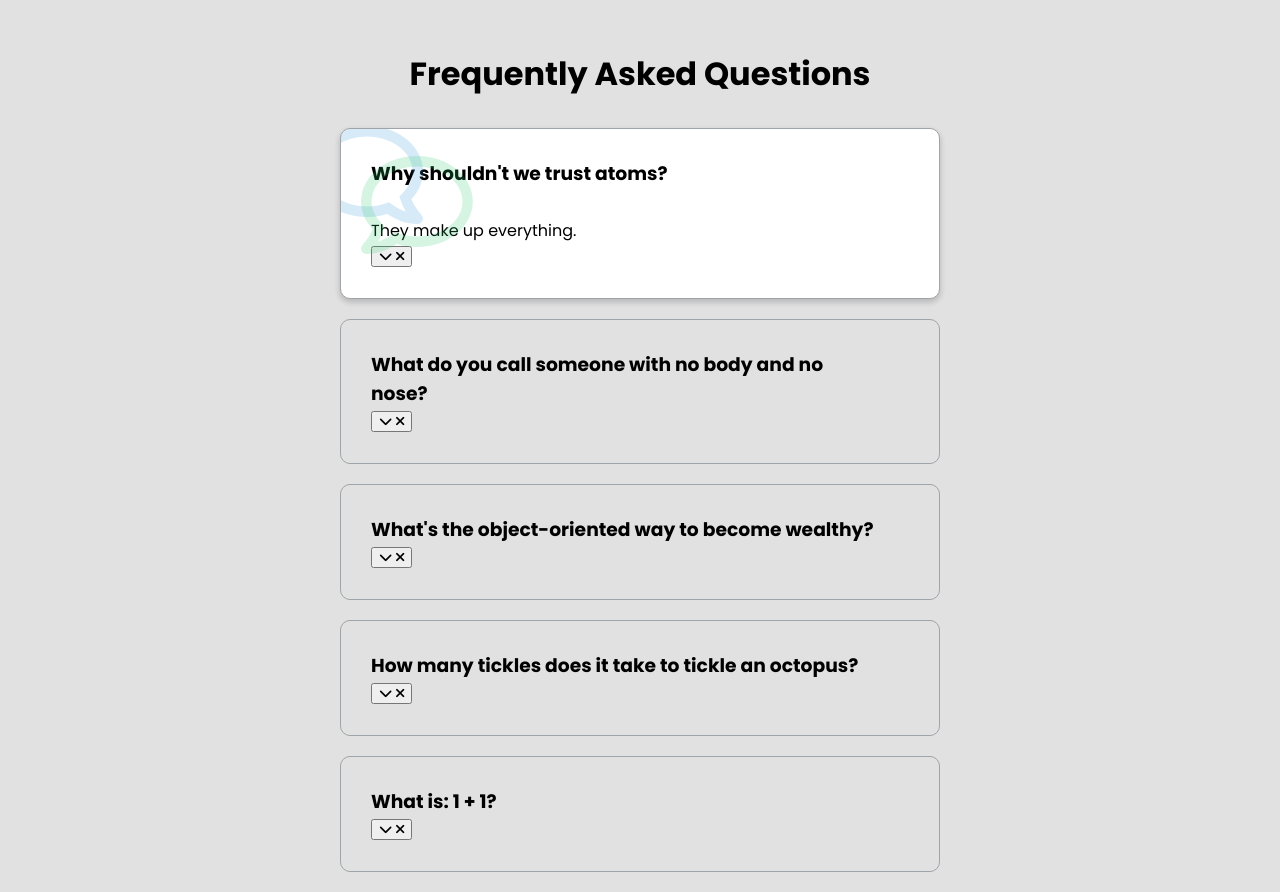
Repository: huynhvanngoan/50projectsin50days
Page: Day12/index.html
These files come from the project's save history. The page is drawn as it stood at one moment and after a run of saves; the edit follows.
The browser window is 1280 px wide. The pictures show the whole page.

Above is the page before, as saved 2022-11-14 23:18:25.

After the next 4 saves:
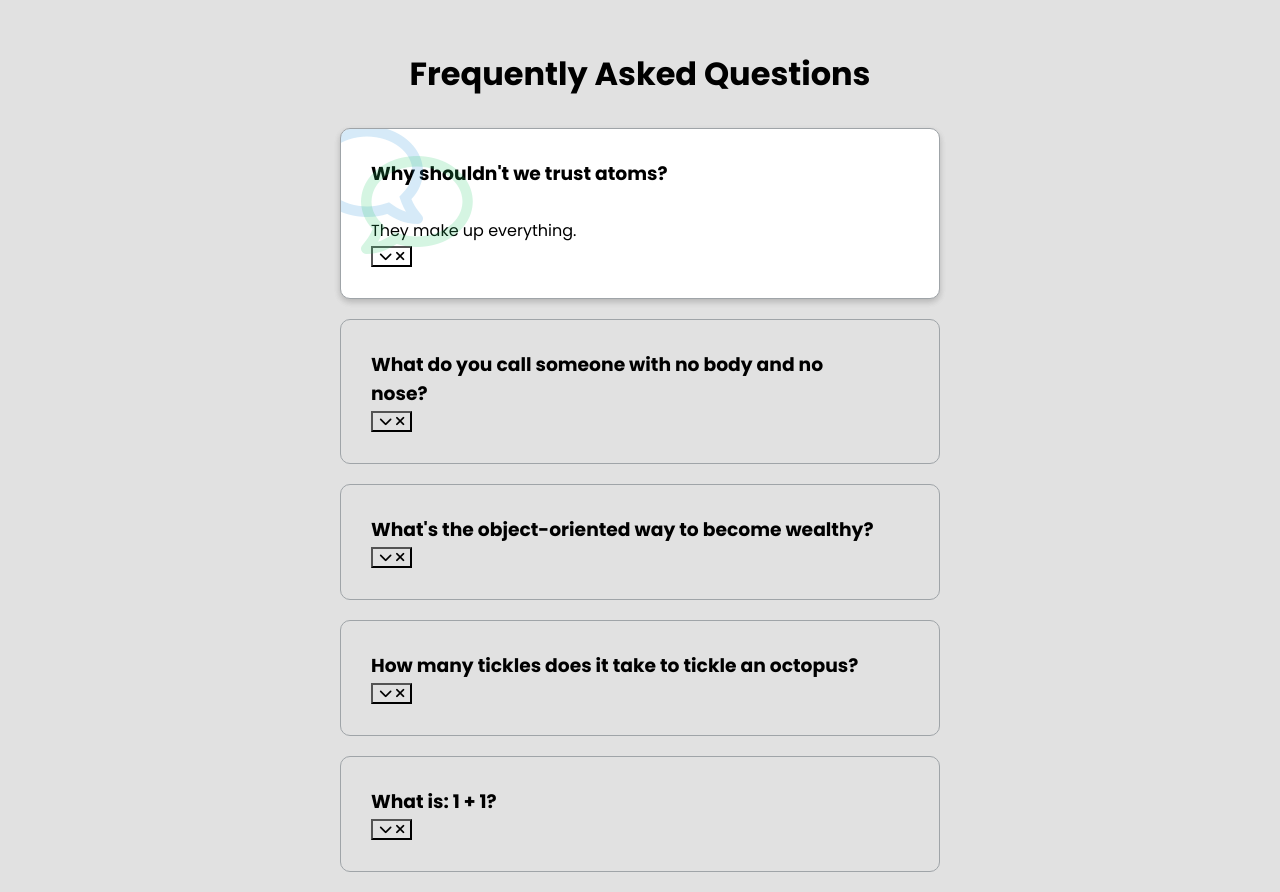
The 4 saves are shown as one change because they came seconds apart.
The last was saved 10 s later.
--- a/Day12/style.css
+++ b/Day12/style.css
@@ -60,5 +60,6 @@ h1{
     display: block;
 }
 .faq-toggle {
-    background-color:t;
+    background-color: transparent;
+    b
 }
